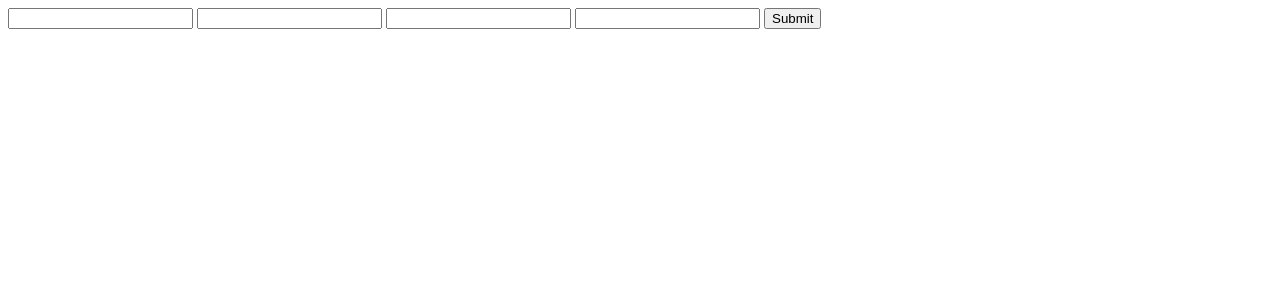
Repository: amitshinde1911/TD-Java-Training
Page: JDBC,Servlet and JSP/JSPBasics/src/main/webapp/openaccount.html
These files come from the project's save history. The page is drawn as it stood at one moment and after the next save; the edit follows.
The browser window is 1280 px wide. The pictures show the whole page.

Above is the page before, as saved 2024-12-05 07:13:44.

### JDBC,Servlet and JSP/JSPBasics/src/main/webapp/openaccount.html
<!DOCTYPE html>
<html>
<head>
<meta charset="UTF-8">
<title>Open Account</title>
</head>
<body>
	<form action="openaccount.jsp" method="post">
		<input type="text" name="accno" />
		 <input type="text" name="lastname" />
		<input type="text" name="firstname" />
		<input type="text" name="bal" />
		<input type="submit" />
	</form>
</body>
</html>

After the next save:
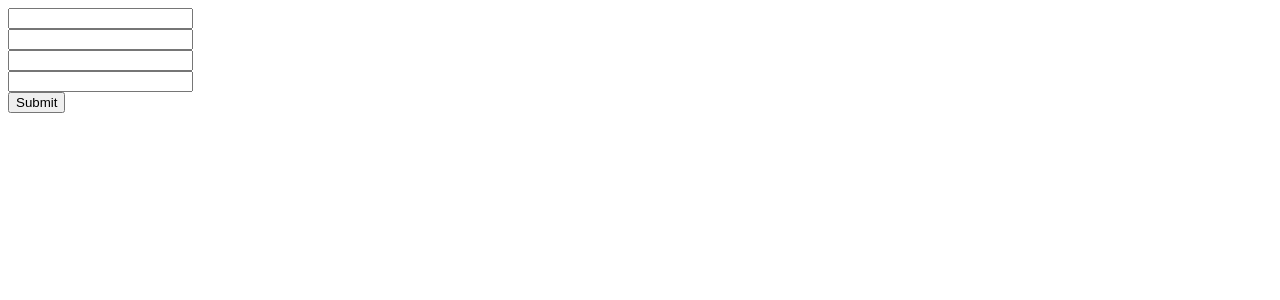
Saved 34 s later.
--- a/JDBC,Servlet and JSP/JSPBasics/src/main/webapp/openaccount.html
+++ b/JDBC,Servlet and JSP/JSPBasics/src/main/webapp/openaccount.html
@@ -6,10 +6,10 @@
 </head>
 <body>
 	<form action="openaccount.jsp" method="post">
-		<input type="text" name="accno" />
-		 <input type="text" name="lastname" />
-		<input type="text" name="firstname" />
-		<input type="text" name="bal" />
+		<input type="text" name="accno" /> </br>
+		 <input type="text" name="lastname" /> </br>
+		<input type="text" name="firstname" /> </br>
+		<input type="text" name="bal" /> </br>
 		<input type="submit" />
 	</form>
 </body>
